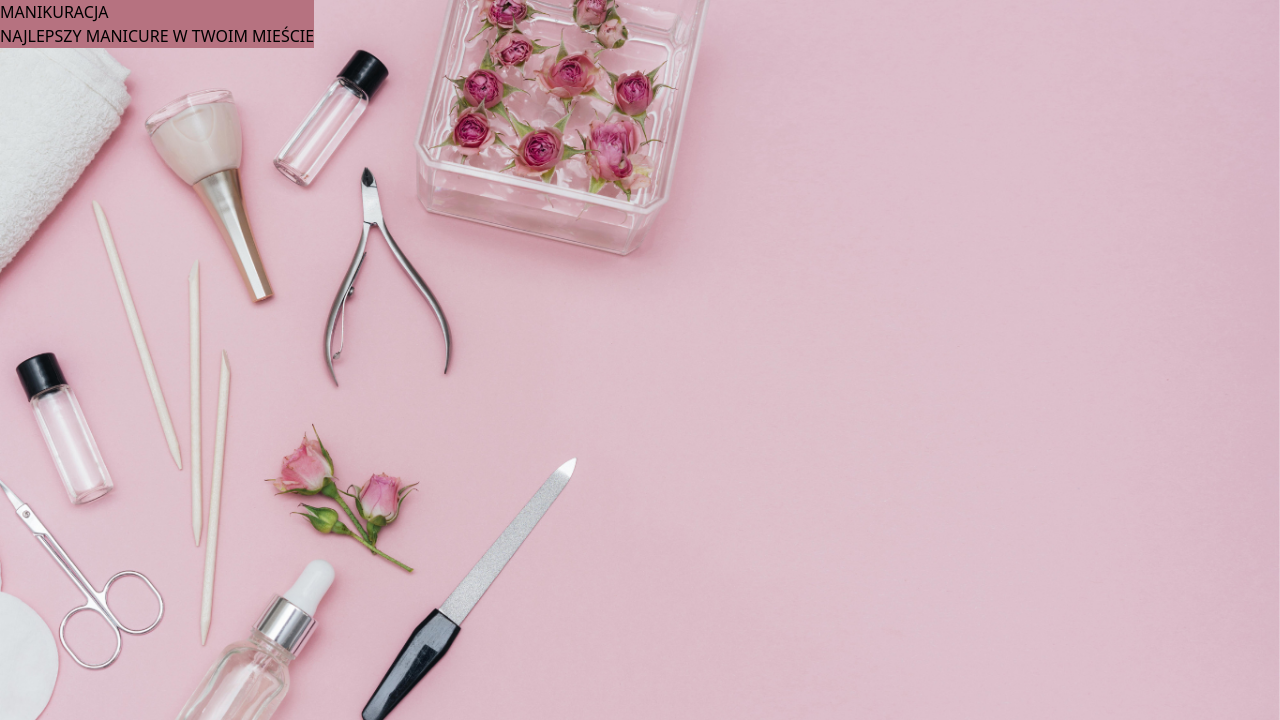
Repository: wesiudev/Manikuracja
Page: /
An editor plug-in stored every save of this project. The page is shown before and after the next save, followed by the edit.
The browser window is 1280 px wide. The pictures show the whole page.
The project was rebuilt for these pictures with package versions that can differ from the ones it lists, and the page was loaded fresh each time. The framework's server and built-in components were replaced by stand-ins that run in the browser. Also part of the build but not shown: next.config.ts.

Above is the page before, as saved 2025-02-28 18:34:01.

After the next save:
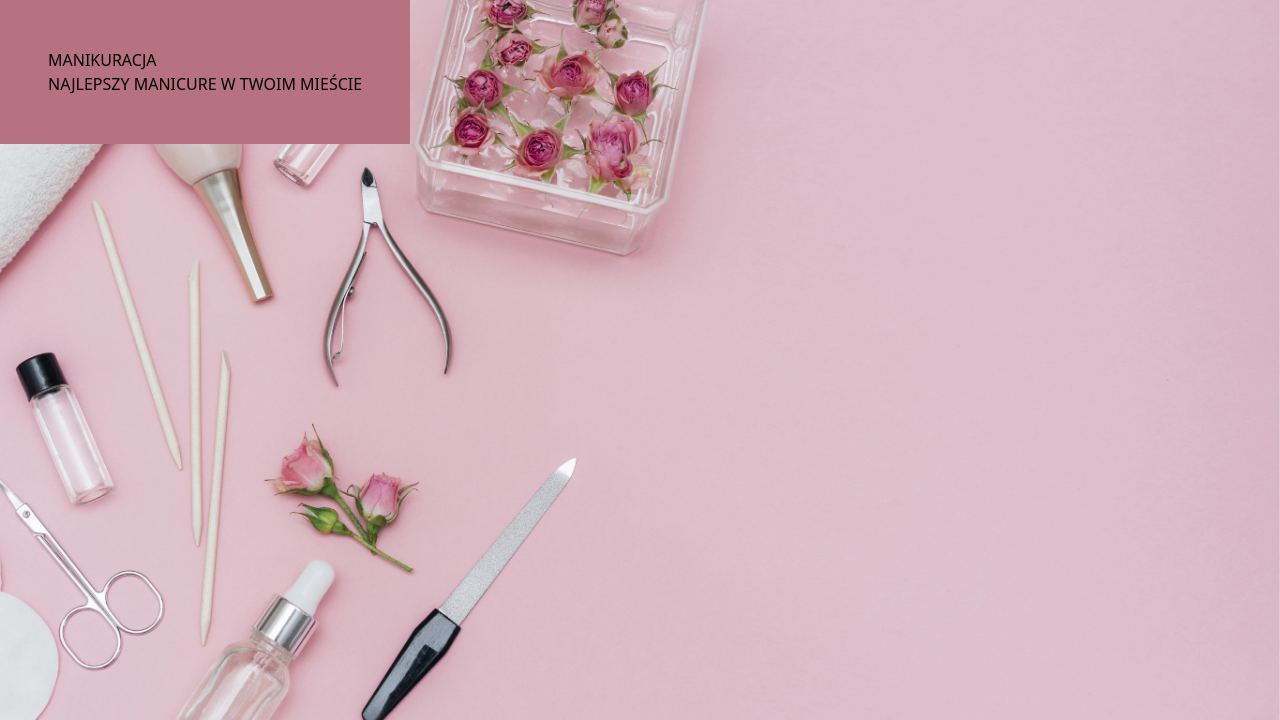
Saved 34 s later.
--- a/app/page.tsx
+++ b/app/page.tsx
@@ -3,12 +3,14 @@
 export default async function Home() {
   return (
     <div className="h-screen w-full bg-background bg-cover">
-      <div className="w-max max-w-[90%] h-max bg-[#B67280]">
-        <h1>
-          <span>MANIKURACJA</span>
-          <br />
-          <span>NAJLEPSZY MANICURE W TWOIM MIEŚCIE</span>
-        </h1>
+      <div className="w-max max-w-[90%] h-max">
+        <div className="bg-[#B67280] p-12">
+          <h1>
+            <span>MANIKURACJA</span>
+            <br />
+            <span>NAJLEPSZY MANICURE W TWOIM MIEŚCIE</span>
+          </h1>
+        </div>
       </div>
       {/* <SearchBar slugCity="" /> */}
     </div>
